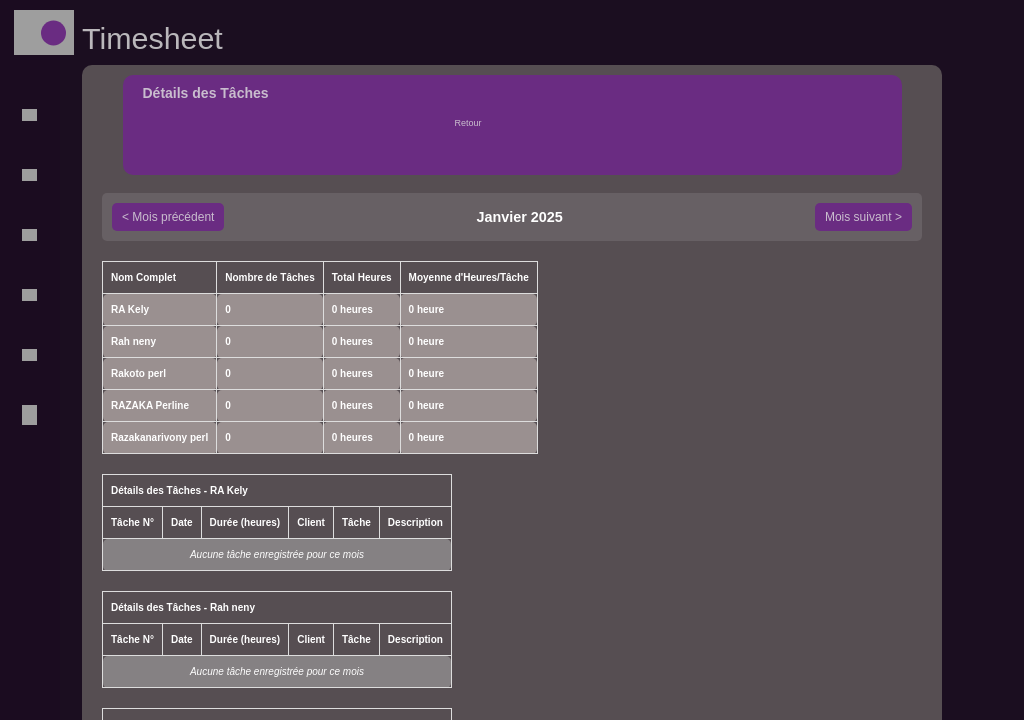
Repository: Fandresena19/Gestion-employe
Page: http://localhost/phpmailer/Assets/responsable/vue/detail_timesheet.php?mois=1&annee=2025
The author's editor kept a copy of each file at every save. The page is drawn from the files as they stood at one save, then again after the next save.
The browser window is 1024 px wide. The pictures show the whole page.
Pictures or frames that could not be fetched are drawn as grey boxes. An inner scrolling area shows only its first screen. Some web fonts or font styles are not loaded; a fallback is used. The page is run by PHP 8.4 with error messages shown; the project is at /var/www/html/. The database holds what the project's SQL file puts in it.

Above is the page before, as saved 2025-05-12 10:53:43.

### Assets/responsable/vue/detail_timesheet.php
<?php
include('../other/head.php');

// Récupération du mois et de l'année actuels ou des paramètres passés dans l'URL
$moisActuel = isset($_GET['mois']) ? intval($_GET['mois']) : intval(date('m'));
$anneeActuelle = isset($_GET['annee']) ? intval($_GET['annee']) : intval(date('Y'));

// Vérification de la validité du mois
if ($moisActuel < 1) {
  $moisActuel = 12;
  $anneeActuelle--;
} elseif ($moisActuel > 12) {
  $moisActuel = 1;
  $anneeActuelle++;
}

// Date du premier jour du mois
$premierJourDuMois = $anneeActuelle . '-' . str_pad($moisActuel, 2, '0', STR_PAD_LEFT) . '-01';
// Date du dernier jour du mois
$dernierJourDuMois = date('Y-m-t', strtotime($premierJourDuMois));

// Noms des mois pour l'affichage
$nomsMois = [
  1 => 'Janvier',
  2 => 'Février',
  3 => 'Mars',
  4 => 'Avril',
  5 => 'Mai',
  6 => 'Juin',
  7 => 'Juillet',
  8 => 'Août',
  9 => 'Septembre',
  10 => 'Octobre',
  11 => 'Novembre',
  12 => 'Décembre'
];

// Calcul du mois précédent et suivant pour la navigation
$moisPrecedent = $moisActuel - 1;
$anneePrecedente = $anneeActuelle;
if ($moisPrecedent < 1) {
  $moisPrecedent = 12;
  $anneePrecedente--;
}

$moisSuivant = $moisActuel + 1;
$anneeSuivante = $anneeActuelle;
if ($moisSuivant > 12) {
  $moisSuivant = 1;
  $anneeSuivante++;
}

// Vérifier si l'utilisateur est un responsable
$estResponsable = false;
if (isset($_SESSION['id_user']) && isset($_SESSION['role'])) {
  $estResponsable = ($_SESSION['role'] === 'Responsable');
}

// D'abord récupérer tous les employés
$requeteEmployes = $bdd->query('SELECT matricule_emp, nom_emp, prenom_emp FROM employer_login ORDER BY nom_emp');

// Tableau pour stocker les informations des employés
$employesInfos = [];

// Initialiser les données pour tous les employés
while ($employe = $requeteEmployes->fetch(PDO::FETCH_ASSOC)) {
  $matricule = $employe['matricule_emp'];

  $employesInfos[$matricule] = [
    'nom_complet' => $employe['nom_emp'] . ' ' . $employe['prenom_emp'],
    'total_heures' => 0,
    'nb_taches' => 0,
    'taches' => []
  ];
}

// Requête pour récupérer toutes les tâches du mois pour tous les employés
$requeteTaches = $bdd->prepare('
    SELECT t.*, e.nom_emp, e.prenom_emp
    FROM timesheet t
    JOIN employer_login e ON e.matricule_emp = t.matricule_emp
    WHERE t.date_tache BETWEEN :debut AND :fin
    ORDER BY e.matricule_emp, t.date_tache DESC
');

$requeteTaches->execute([
  'debut' => $premierJourDuMois,
  'fin' => $dernierJourDuMois
]);

// Compléter les informations des employés avec leurs tâches
while ($tache = $requeteTaches->fetch(PDO::FETCH_ASSOC)) {
  $matricule = $tache['matricule_emp'];

  if (isset($employesInfos[$matricule])) {
    $tacheInfo = [
      'id_timesheet' => $tache['id_timesheet'],
      'tache' => $tache['tache'],
      'date_tache' => $tache['date_tache'],
      'duree_tache' => $tache['duree_tache'],
      'client' => $tache['client'],
      'description_tache' => $tache['description_tache'],
      'note' => $tache['note']
    ];

    $employesInfos[$matricule]['taches'][] = $tacheInfo;
    $employesInfos[$matricule]['total_heures'] += intval($tache['duree_tache']);
    $employesInfos[$matricule]['nb_taches']++;
  }
}

// Comptage des tâches pour chaque employé dans le mois sélectionné
foreach ($employesInfos as $matricule => &$employe) {
  $stmt = $bdd->prepare('
        SELECT COUNT(*) AS total, SUM(duree_tache) AS heures_totales
        FROM timesheet
        WHERE matricule_emp = :matricule AND date_tache BETWEEN :debut AND :fin
    ');
  $stmt->execute([
    'matricule' => $matricule,
    'debut' => $premierJourDuMois,
    'fin' => $dernierJourDuMois
  ]);
  $result = $stmt->fetch(PDO::FETCH_ASSOC);
  $employe['nb_taches'] = $result['total'] ?: 0;
  $employe['total_heures'] = $result['heures_totales'] ?: 0;
}
unset($employe); // Détruire la référence à la dernière valeur
?>

<style>
  html,
  body {
    height: 100%;
    margin: 0;
    overflow: hidden;
  }

  .contenu {
    flex-grow: 1;
    display: flex;
    flex-direction: column;
    margin-top: -2% !important;
    overflow-y: auto;
  }

  .contenu header {
    flex-shrink: 0;
  }

  .navigation {
    display: flex;
    justify-content: space-between;
    align-items: center;
    margin-bottom: 20px;
    background-color: rgba(255, 255, 255, 0.1);
    padding: 10px;
    border-radius: 5px;
  }

  .navigation button{
    background-color: #6A2C82;
    border: none;
    padding: 5px 10px;
    border-radius: 5px;
  }

  .mois-actuel {
    font-size: 1.2em;
    font-weight: bold;
    color: white;
  }

  .nav-buttons {
    display: flex;
    gap: 10px;
  }

  .scrollbar {
    max-height: 70vh;
    overflow-y: auto;
    padding-right: 5px;
  }

  table {
    width: 100%;
    border-collapse: collapse;
    margin-bottom: 20px;
  }

  th,
  td {
    border: 1px solid #ddd;
    padding: 8px;
    text-align: left;
    color: white !important;
  }

  tr:hover {
    background-color: transparent !important;
  }

  .recap-header {
    background-color: rgb(154, 144, 144);
    font-weight: bold;
  }

  .tache-row {
    background-color: rgba(100, 149, 237, 0.7);
  }

  .no-tache {
    background-color: rgba(180, 180, 180, 0.5);
    font-style: italic;
  }

  .bouton-retour {
    margin-right: 10px;
  }

  .header-actions {
    display: flex;
    justify-content: space-between;
    align-items: center;
    width: 100%;
  }

  .tache-detail {
    margin-bottom: 5px;
  }

  .tache-description {
    max-width: 300px;
    overflow: hidden;
    text-overflow: ellipsis;
    white-space: nowrap;
  }
</style>

<div class="annotation">
  <h2>Timesheet</h2>
</div><br>

<div class="contenu">
  <header>
    <div class="header-actions">
      <h4>Détails des Tâches</h4>
      <div class="bouton bouton-retour">
        <a href="./liste_timesheet.php"><button type="submit">Retour</button></a>
      </div>
    </div>
  </header> <br />

  <div class="navigation">
    <a href="?mois=<?php echo $moisPrecedent; ?>&annee=<?php echo $anneePrecedente; ?>">
      <button type="button">&lt; Mois précédent</button>
    </a>
    <div class="mois-actuel">
      <?php echo $nomsMois[$moisActuel] . ' ' . $anneeActuelle; ?>
    </div>
    <a href="?mois=<?php echo $moisSuivant; ?>&annee=<?php echo $anneeSuivante; ?>">
      <button type="button">Mois suivant &gt;</button>
    </a>
  </div>

  <div class="scrollbar">
    <table>
      <thead>
        <tr>
          <th>Nom Complet</th>
          <th>Nombre de Tâches</th>
          <th>Total Heures</th>
          <th>Moyenne d'Heures/Tâche</th>
        </tr>
      </thead>
      <tbody>
        <?php foreach ($employesInfos as $matricule => $employe): ?>
          <tr class="recap-header">
            <td><?php echo $employe['nom_complet']; ?></td>
            <td><?php echo $employe['nb_taches']; ?></td>
            <td><?php echo $employe['total_heures']; ?> heures</td>
            <td>
              <?php
              echo $employe['nb_taches'] > 0
                ? round($employe['total_heures'] / $employe['nb_taches'], 1) . ' heures'
                : '0 heure';
              ?>
            </td>
          </tr>
        <?php endforeach; ?>
      </tbody>
    </table>

    <?php foreach ($employesInfos as $matricule => $employe): ?>
      <table>
        <thead>
          <tr>
            <th colspan="6">Détails des Tâches - <?php echo $employe['nom_complet']; ?></th>
          </tr>
          <tr>
            <th>Tâche N°</th>
            <th>Date</th>
            <th>Durée (heures)</th>
            <th>Client</th>
            <th>Tâche</th>
            <th>Description</th>
          </tr>
        </thead>
        <tbody>
          <?php if (empty($employe['taches'])): ?>
            <tr class="no-tache">
              <td colspan="6" style="text-align: center;">Aucune tâche enregistrée pour ce mois</td>
            </tr>
          <?php else: ?>
            <?php foreach ($employe['taches'] as $tache): ?>
              <tr class="tache-row">
                <td><?php echo $tache['id_timesheet']; ?></td>
                <td><?php echo date('d/m/Y', strtotime($tache['date_tache'])); ?></td>
                <td><?php echo $tache['duree_tache']; ?></td>
                <td><?php echo $tache['client']; ?></td>
                <td><?php echo $tache['tache']; ?></td>
                <td class="tache-description" title="<?php echo htmlspecialchars($tache['description_tache']); ?>">
                  <?php echo htmlspecialchars($tache['description_tache']); ?>
                </td>
              </tr>
              <?php if (!empty($tache['note'])): ?>
                <tr>
                  <td colspan="6" class="tache-detail">
                    <strong>Note:</strong> <?php echo htmlspecialchars($tache['note']); ?>
                  </td>
                </tr>
              <?php endif; ?>
            <?php endforeach; ?>
          <?php endif; ?>
        </tbody>
      </table>
    <?php endforeach; ?>
  </div>
</div>

<?php
include('../other/foot.php');
?>

### Assets/responsable/other/head.php
<?php
session_start();

include('bd.php');

?>

<!DOCTYPE html>
<html lang="en">

<head>
  <meta charset="UTF-8">
  <meta http-equiv="X-UA-Compatible" content="IE=edge">
  <meta name="viewport" content="width=device-width, initial-scale=1.0">
  <link rel="stylesheet" href="../../bootstrap4/css/bootstrap.min.css">
  <link rel="stylesheet" href="../../bootstrap4/boxicons-2.1.4/css/boxicons.min.css">
  <link rel="stylesheet" href="../../css/style_nav.css">
  <link rel="stylesheet" href="../../css/conge.css">
  <link rel="stylesheet" href="../../css/modif_emp.css">
  <link rel="stylesheet" href="../../css/modal.css">
  <title>Responsable</title>

</head>

<body>

  <div class="container-fluid">
    <div id="container">

      <nav class="sidebar" id="side_nav">
        <header>
          <div class="image-text">
            <span class="image">
              <img src="../../Icone/Logo.png" alt="">
            </span>

            <div class="text header-text">
              <span class="resplonsable">Responsable</span>
            </div>
          </div>

          <i class="bx bx-chevron-right toggle"></i>
        </header>

        <div class="menu-bar">
          <div class="menu">

            <ul class="list-unstyled nav-links">
              <a href="../vue/pageresponsable.php">
                <li><img src="../../Icone/home.png" alt="" width="25px" class="icone"><span>Profil</span></li>
              </a>
              <a href="../vue/liste_employe.php">
                <li><img src="../../Icone/user.png" alt="" width="25px" class="icone"><span>Employés</span></li>
              </a>
              <a href="../vue/liste_conge.php">
                <li><img src="../../Icone/leave.png" alt="" width="20px" class="icone"><span>Congé</span></li>
              </a>
              <a href="../vue/liste_permission.php">
                <li class=""><img src="../../Icone/permission.png" alt="" width="20px" class="icone"><span>Permission</span></li>
              </a>
              <a href="../vue/detail_timesheet.php">
                <li><img src="../../Icone/timesheet.png" alt="" width="20px" class="icone"><span>Timesheet</span></li>
              </a>
              <a href="#">
                <li onclick="document.getElementById('id01').style.display='block'"><img src="../../Icone/logout.png" alt="" width="-25px" height="20px" class="icone"><span>Deconnexion</span></li>
              </a><br>

            </ul>
          </div>
        </div>
      </nav>

      <div id="id01" class="modal">
        <span onclick="document.getElementById('id01').style.display='none'" class="close">×</span>
        <form class="modal-content" action="">
          <div class="container">
            <h1>Deconnexion</h1>
            <p>Voulez-vous vraiment se deconnecter?</p>

            <div class="clearfix">
              <a href="../../other/logout.php"><button type="button" onclick="document.getElementById('id01').style.display='none'" class="deletebtn">Oui</button></a>
              <button type="button" onclick="document.getElementById('id01').style.display='none'" class="cancelbtn">Non</button>
            </div>
          </div>
        </form>
      </div>

      <div class="dashboard" id="Main">

### Assets/responsable/other/bd.php
<?php

$servername = "localhost";
$dbname = "gestion_employe";
$username = "root";
$password = '';

try{
    $bdd = new PDO("mysql:host=$servername;dbname=$dbname" ,$username , $password);
    $bdd->setAttribute(PDO::ATTR_ERRMODE, PDO::ERRMODE_EXCEPTION);

    return $bdd;
}catch(PDOException $e){
    die('Erreur de connexion' . $e->getMessage());
}


?>

### Assets/responsable/other/foot.php
</div>
  </div>

  <script src="../../js/Sidebar.js"></script>
</body>

</html>

### Assets/css/style_nav.css
*{
    font-family: Arial, Helvetica, sans-serif;
    margin: 0;
    padding: 0;
    box-sizing: border-box;
    color: var(--text-color);
}

:root{
    /* Couleur */
    --bg-nav: #1B0C20;
    --bg-body: #1B0E20;
    --body-second-bg: #6a6363bf;
    --bouton-hover : #C4BCBC;
    --active: #6A2C82;
    --text-color: #e0e0e0ce;
    --menu-color: #14041ae6;

    /* transition */
    --trans-02: all 0.2s ease;
    --trans-03: all 0.3s ease;
    --trans-04: all 0.4s ease;
    --trans-05: all 0.5s ease;
}

body{
    height: 100%;
    background-color: var(--bg-body);

}

/* ==== Sidebar ==== */
.sidebar{
    position: fixed;
    top: 0;
    left: 0;
    height: 100%;
    width: 250px;
    padding: 10px 14px;
    z-index: 1000%;
    background-color: var(--bg-nav);
    transition: var(--trans-05);
}
.sidebar.close{
    width: 80px;
    height: 100%;
    top: 0;
    z-index: 100%;
}

/* === Contenu Sidebar === */
.sidebar.close .text{
    opacity: 0;
}
.sidebar.close .menu ul a li span{
    opacity: 0;
}
.sidebar.close .nav-links li img{
    margin-left: 25%;
}

.sidebar header{
    position: relative
}

.sidebar .image{
    min-width: 60px;
    display: flex;
    align-items: center;
}

.sidebar .image-text img{
    max-width: 60px;
    display: flex;
    justify-content: center;
}

.sidebar header .image-text{
    display: flex;
    align-items: center;
    transition: var(--trans-03);
    white-space: nowrap;
}

header .image-text .header-text{
    display: flex;
    flex-direction: column;
}

.header-text .employe{
    font-weight: 600;
    font-size: 30px;
    margin-left: 10px;
    color: var(--text-color);
}

/* Toggle */
.sidebar.sidebar.close header .toggle{
    transform: translateY(-50%);
}
.sidebar header .toggle{
    position: absolute;
    top: 50%;
    right: -25px;
    transform: translateY(-50%) rotate(180deg);
    height: 25px;
    width: 25px;
    background-color: var(--active);
    display: flex;
    align-items: center;
    justify-content: center;
    border-radius: 50%;
    font-size: 20px;
    z-index: 100%;
    transition: var(--trans-03);
}

.sidebar .menu{
    margin-top: 35px;
}

.sidebar li{
    height: 50px;
    /* background-color: var(--menu-color); */
    margin-top: 10px;
    display: flex;
    align-items: center;
    justify-content: left;
    color: var(--text-color);
    border-radius: 10px;
    transition: var(--trans-04);
}
.sidebar li .icone{
    margin-left: 10px;
}

.sidebar li span{
    margin-left: 10px;
    transition: var(--trans-03);
    white-space: nowrap;
    opacity: 1;
}

.sidebar .nav-links a{
    text-decoration: none;
}

.sidebar li:hover{
    background-color: var(--menu-color);
}

/* ==active sidebar == */
.sidebar .active{
    background-color: var(--active);
}
.sidebar .active:hover{
    background-color: var(--active);
}


/* ==== dashboard ==== */
.dashboard{
    position: relative;
    height: auto;
    left: 250px;
    width: calc(100% - 250px);
    /* background-color: red; */
    transition: var(--trans-05);
}

.sidebar.close ~ .dashboard{
    left: 50px;
    width: calc(100% - 50px);
}

@media screen and (max-width: 1075px) {
    .sidebar {
        width: 60px;
        height: 100%;
        z-index: 1000;
    }

    .sidebar .text,
    .sidebar .menu ul a li span {
        opacity: 0;
    }

    .sidebar .nav-links li img {
        margin-left: 25%;
        width: 15px;
    }

    .sidebar header .toggle {
        right: -20px;
    }
.contenu{
    width: 100%;
}
    .dashboard {
        left: 0px;
        right: 0px;
        width: calc(100% - 0px);
    }
}

@media screen and (max-width: 768px) {
    .sidebar {
        width: 60px;
        height: 100%;
        z-index: 1000;
    }

    .sidebar .text,
    .sidebar .menu ul a li span {
        opacity: 0;
    }

    .sidebar .nav-links li img {
        margin-left: 25%;
        width: 15px;
    }

    .sidebar header .toggle {
        right: -20px;
    }
.contenu{
    width: 100%;
}
    .dashboard {
        left: 0px;
        right: 0px;
        width: calc(100% - 0px);
    }
}

@media screen and (max-width: 480px) {
    .sidebar {
        position: fixed;
        width: 50px;
        padding: 8px;
    }

    .dashboard {
        left: 0px;
        right: 0px;
        width: calc(100% - 0px);
    }

    .header-text .employe {
        font-size: 20px;
        margin-left: 5px;
    }

    .sidebar header .toggle {
        height: 20px;
        width: 20px;
        font-size: 16px;
    }
}

### Assets/css/modif_emp.css
:root{
    /* Couleur */
    --bg-nav: #1B0C20;
    --bg-body: #1B0E20;
    --body-second-bg: #6a6363bf;
    --bouton-hover : #C4BCBC;
    --active: #6A2C82;
    --text-color: #e0e0e0ce;
    --menu-color: #14041ae6;

    /* transition */
    --trans-02: all 0.2s ease;
    --trans-03: all 0.3s ease;
    --trans-04: all 0.4s ease;
    --trans-05: all 0.5s ease;
}



input, select, textarea{
    background-color: transparent !important;
}

.bouton_confirmer{
    padding: 12px;
    width: 50%;
    margin: auto;
    font-size: 14px;
    display: flex;
    justify-content: center;
    background-color: var(--body-second-bg);
    border: none;
    border-radius: 10px;
}
.bouton_confirmer:hover{
    background-color: var(--active);
}

### Assets/css/modal.css
:root{
  /* Couleur */
  --bg-nav: #1B0C20;
  --bg-body: #1B0E20;
  --body-second-bg: #6a6363bf;
  --bouton-hover : #C4BCBC;
  --active: #6A2C82;
  --text-color: #e0e0e0ce;
  --menu-color: #14041ae6;

  /* transition */
  --trans-02: all 0.2s ease;
  --trans-03: all 0.3s ease;
  --trans-04: all 0.4s ease;
  --trans-05: all 0.5s ease;
}

/* Set a style for all buttons */
.clearfix button {
  color: white;
  padding: 10px 14px;
  margin: 10px 0;
  border: none;
  cursor: pointer;
  width: 10%;
  opacity: 0.9;
}

.clearfix button:hover {
  opacity:0.5;
}

/* Float cancel and delete buttons and add an equal width */
.cancelbtn, .deletebtn {
  width: 30%;
  border-radius: 10px;
}

/* Add a color to the cancel button */
.cancelbtn {
  background-color: #ccc;
  color: black !important;
  padding-left: 10px !important;
  padding-right: 10px !important;
}

/* Add a color to the delete button */
.deletebtn {
  background-color: #f44336;
  padding-left: 10px;
}

/* Add padding and center-align text to the container */
.container {
  padding: 16px;
  text-align: center;
}

/* The Modal (background) */
.modal {
  display: none; /* Hidden by default */
  position: fixed; /* Stay in place */
  z-index: 999; /* Sit on top */
  left: 0;
  top: 0;
  width: 100%; /* Full width */
  height: 100%; /* Full height */
  overflow: auto; /* Enable scroll if needed */
  background-color: var(--bg-body);
  padding: 10%;
}

/* Modal Content/Box */
.modal-content {
  background-color: var(--bg-body);
  margin: 5% auto 15% auto; /* 5% from the top, 15% from the bottom and centered */
  border: none;
  width: 50%; /* Could be more or less, depending on screen size */
}

/* Style the horizontal ruler */
hr {
  border: 1px solid #f1f1f1;
  margin-bottom: 25px;
}

/* The Modal Close Button (x) */
.close {
  position: absolute;
  right: 35px;
  top: 15px;
  font-size: 30px;
  font-weight: 500;
  color: #f1f1f1;
}

.close:hover,
.close:focus {
  color: #f44336;
  cursor: pointer;
}

/* Clear floats */
.clearfix::after {
  content: "";
  clear: both;
  display: table;
}

/* Change styles for cancel button and delete button on extra small screens */
@media screen and (max-width: 700px) {
  .cancelbtn, .deletebtn {
     width: 100% !important;
  }
}

### Base.sql (the tables this page reads)
CREATE TABLE `employer_login` (
  `matricule_emp` int NOT NULL AUTO_INCREMENT,
  `nom_emp` varchar(255) DEFAULT NULL,
  `prenom_emp` varchar(255) DEFAULT NULL,
  `date_embauche` date DEFAULT NULL,
  `telephone` varchar(50) DEFAULT NULL,
  `role` varchar(255) DEFAULT NULL,
  `id_service` int DEFAULT NULL,
  `mail_emp` varchar(255) DEFAULT NULL,
  `mdp_emp` varchar(100) DEFAULT NULL,
  `profil` varchar(255) CHARACTER SET utf8mb4 COLLATE utf8mb4_0900_ai_ci DEFAULT NULL COMMENT '../uploads/default.jpg',
  PRIMARY KEY (`matricule_emp`)
) ENGINE=MyISAM AUTO_INCREMENT=10 DEFAULT CHARSET=utf8mb4 COLLATE=utf8mb4_0900_ai_ci;

insert  into `employer_login`(matricule_emp,nom_emp,prenom_emp,date_embauche,telephone,role,id_service,mail_emp,mdp_emp,profil) values (2,'RAZAKA','Perline','2024-10-04','2','Simple',1,'Zafy@gmail.com','123','../../uploads/image Perline.png'),(4,'Rah','neny','2025-01-01','1','Simple',1,'Raneny@gmail.com','123','../../uploads/4neny.jpg'),(5,'RA','Kely','2025-04-03','2','Simple',1,'koto@gmail.com','1234',NULL),(6,'Razakanarivony','perl','2025-04-03','1234','Simple',1,'Randria@gmail.com','123',NULL),(7,'Rakoto','perl','2025-05-15','123456',NULL,1,'Rakotokoto@gmail','123',NULL);

CREATE TABLE `timesheet` (
  `id_timesheet` int NOT NULL AUTO_INCREMENT,
  `tache` varchar(255) DEFAULT NULL,
  `date_tache` date DEFAULT NULL,
  `duree_tache` int DEFAULT NULL,
  `client` varchar(255) DEFAULT NULL,
  `mission` varchar(255) DEFAULT NULL,
  `description_tache` text,
  `note` text,
  `matricule_emp` int DEFAULT NULL,
  PRIMARY KEY (`id_timesheet`)
) ENGINE=MyISAM AUTO_INCREMENT=11 DEFAULT CHARSET=utf8mb4 COLLATE=utf8mb4_0900_ai_ci;

insert  into `timesheet`(id_timesheet,tache,date_tache,duree_tache,client,mission,description_tache,note,matricule_emp) values (1,'Immo','2025-05-09',4,'NOVITY',NULL,'booclage','',2),(2,'Immo','2025-05-12',2,'NOVITY',NULL,'rien','',2),(3,'Immo','2025-05-12',8,'NOVITY',NULL,'ttt','',2),(4,'immo','2025-05-12',1,'NOVITY','Booclage','Booclage immo','',2),(5,'immo','2025-05-14',3,'NOVITY','Booclage','Booclage NOVITY','',2),(6,'immo','2025-05-14',1,'NOVITY','Booclage','jglqsjglkdsqjlkg','',2),(7,'immo','2025-05-14',1,'NOVITY','Booclage','ngjd','',2),(8,'immo','2025-05-14',1,'NOVITY','Booclage','hfksdh','',2),(9,'immo','2025-05-14',1,'NOVITY','Booclage','qsdfghjklm','',2),(10,'immo','2025-05-14',1,'NOVITY','Booclage','azerty','',2);

Loaded but not shown: Assets/bootstrap4/css/bootstrap.min.css (library); Assets/bootstrap4/boxicons-2.1.4/css/boxicons.min.css (library); Assets/js/Sidebar.js (7 lines, source omitted); Assets/css/conge.css (283 lines, source omitted)

After the next save:
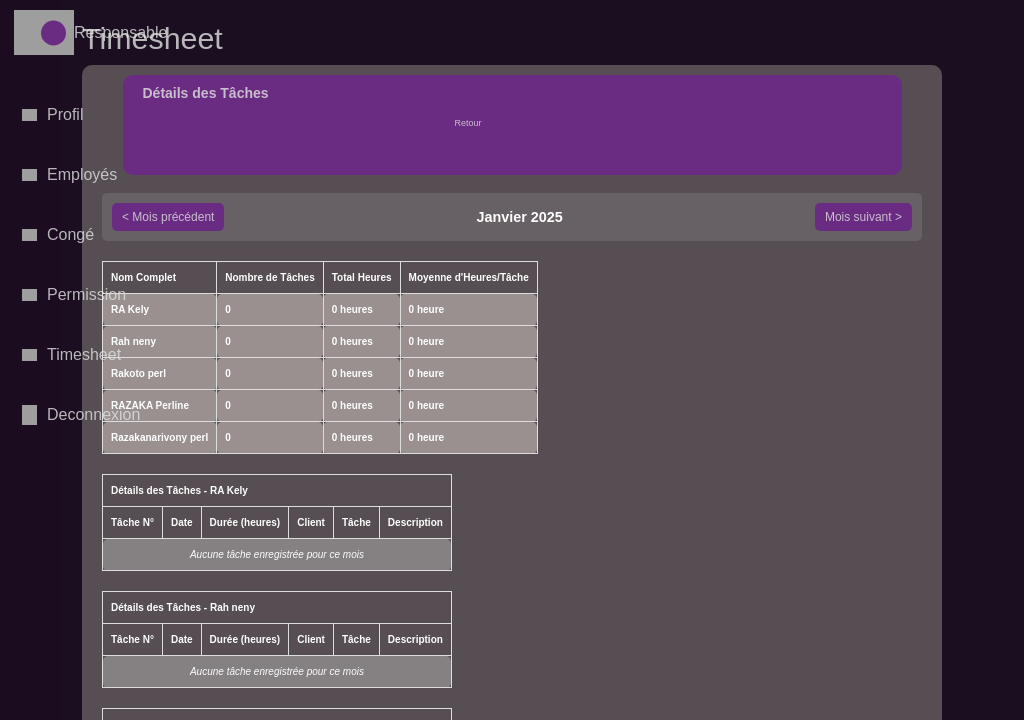
Saved 40 s later.
--- a/Assets/css/style_nav.css
+++ b/Assets/css/style_nav.css
@@ -182,7 +182,7 @@
 
     .sidebar .text,
     .sidebar .menu ul a li span {
-        opacity: 0;
+        opacity: 1;
     }
 
     .sidebar .nav-links li img {

After the save that followed:
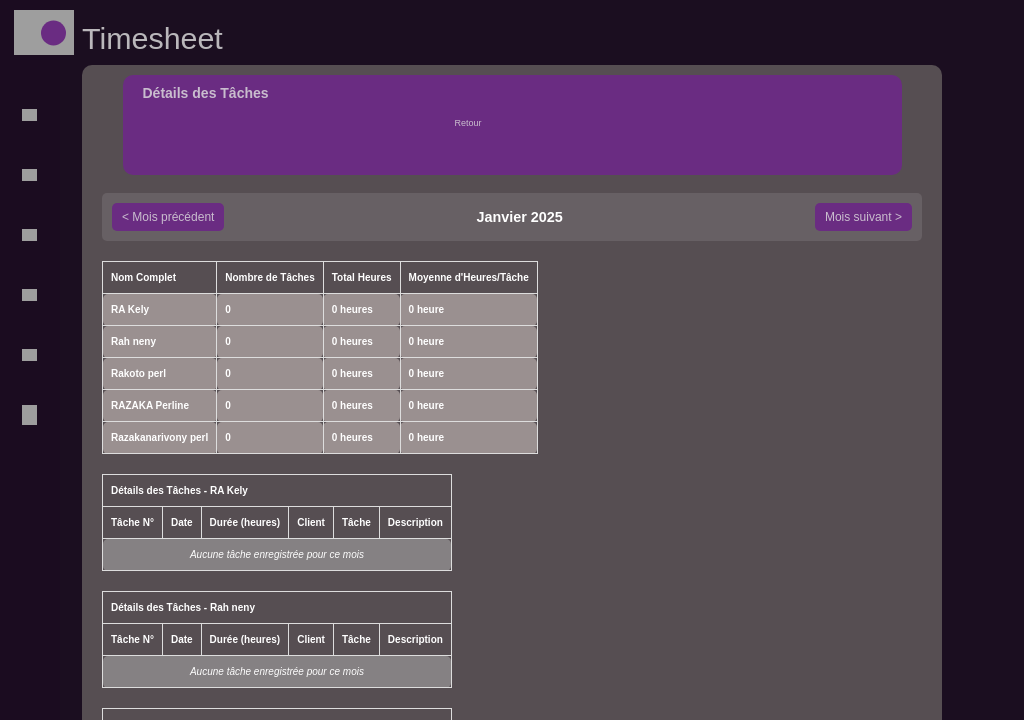
Saved 25 s later.
--- a/Assets/css/style_nav.css
+++ b/Assets/css/style_nav.css
@@ -182,7 +182,7 @@
 
     .sidebar .text,
     .sidebar .menu ul a li span {
-        opacity: 1;
+        opacity: 0;
     }
 
     .sidebar .nav-links li img {
